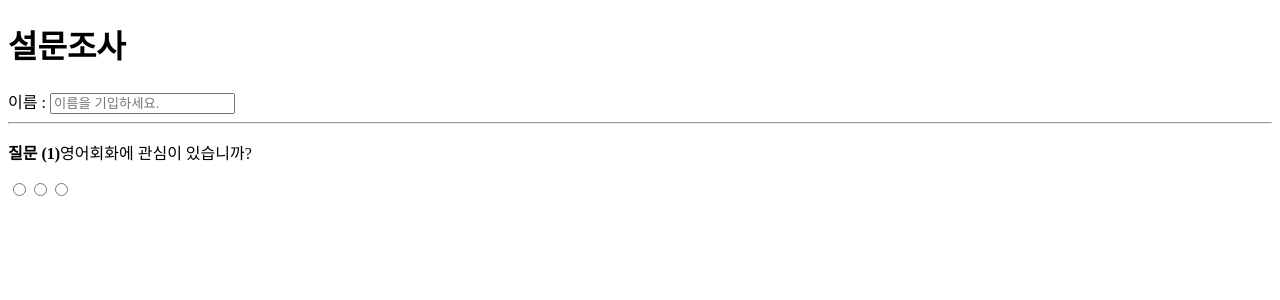
Repository: suhong99/htmlLecture
Page: cssWork1/src/main/webapp/indext5.html
The author's editor kept a copy of each file at every save. The page is drawn from the files as they stood at one save, then again after the next save.
The browser window is 1280 px wide. The pictures show the whole page.

Above is the page before, as saved 2023-06-22 07:19:41.

After the next save:
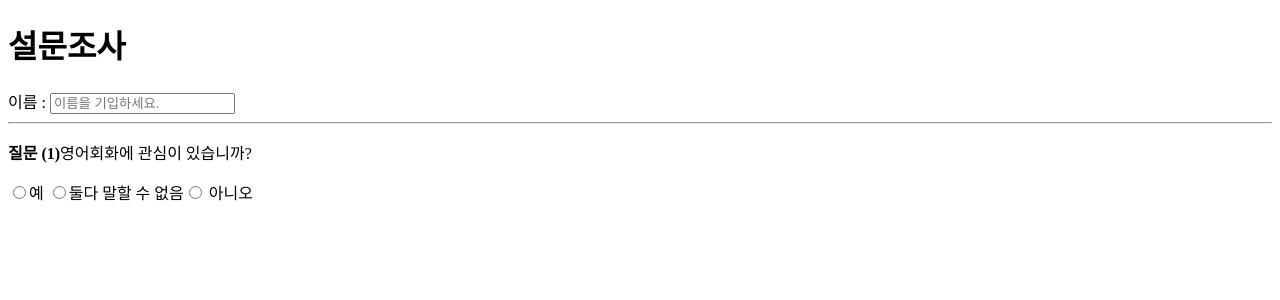
Saved 31 s later.
--- a/cssWork1/src/main/webapp/indext5.html
+++ b/cssWork1/src/main/webapp/indext5.html
@@ -10,7 +10,7 @@
 	<div>이름 : <input placeholder="이름을 기입하세요."/></div>
 	<hr>
 	<p><b>질문 (1)</b>영어회화에 관심이 있습니까?</p>
-	<input type="radio" name="english"><input type="radio" name="english"><input type="radio" name="english">
+	<input type="radio" name="english">예 <input type="radio" name="english">둘다 말할 수 없음<input type="radio" name="english"> 아니오
 
 </form>
 </body>
